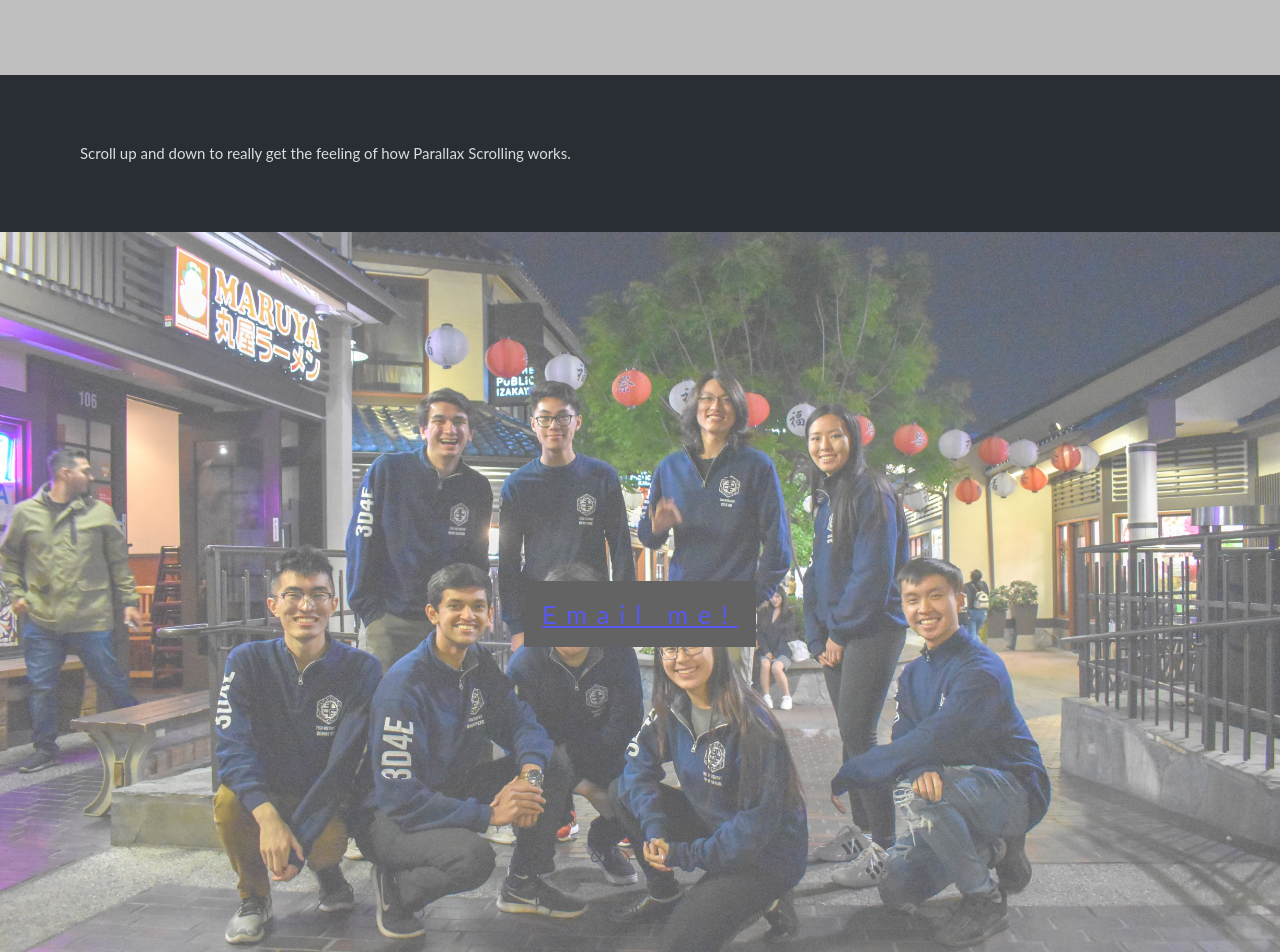
Repository: aliyuanh/me
Page: index.html
The author's editor kept a copy of each file at every save. The page is drawn from the files as they stood at one save, then again after the next save.
The browser window is 1280 px wide. The pictures show the part of the page from y = 1943 to 2895 px (the page is 2895 px tall).
Pictures or frames that could not be fetched are drawn as grey boxes.

Above is the page before, as saved 2020-09-17 00:12:38.

### index.html
<!DOCTYPE html>
<html>

<head>
    <meta name="viewport" content="width=device-width, initial-scale=1">
    <style>
        body,
        html {
            height: 100%;
            margin: 0;
            font: 400 15px/1.8 "Lato", sans-serif;
            color: #777;
        }

        .bgimg-1,
        .bgimg-2,
        .bgimg-3 {
            position: relative;
            opacity: 0.65;
            background-attachment: fixed;
            background-position: center;
            background-repeat: no-repeat;
            background-size: cover;
        }

        .bgimg-1 {
            background-image: url("img/tokyo.jpg");
            min-height: 100%;
        }

        .bgimg-2 {
            background-image: url("img/imagineering.jpg");
            min-height: 400px;
        }

        .bgimg-3 {
            background-image: url("img/cmmnd.png");
            min-height: 400px;
        }

        .caption {
            position: absolute;
            left: 0;
            top: 50%;
            width: 100%;
            text-align: center;
            color: #000;
        }

        .caption span.border {
            background-color: #111;
            color: #fff;
            padding: 18px;
            font-size: 25px;
            letter-spacing: 10px;
        }

        h3 {
            letter-spacing: 5px;
            text-transform: uppercase;
            font: 20px "Lato", sans-serif;
            color: #111;
        }
        /* Turn off parallax scrolling for tablets and phones */

        @media only screen and (max-device-width: 1024px) {
            .bgimg-1,
            .bgimg-2,
            .bgimg-3 {
                background-attachment: scroll;
            }
        }
    </style>
</head>

<body>

    <div class="bgimg-1">
        <div class="caption">
            <span class="border">AMANDA HAN</span>
        </div>
    </div>

    <div style="color: #777;background-color:white;text-align:center;padding:50px 80px;text-align: justify;">
        <h3 style="text-align:center;">Parallax Demo</h3>
        <p>Parallax scrolling is a web site trend where the background content is moved at a different speed than the foreground content while scrolling. Nascetur per nec posuere turpis, lectus nec libero turpis nunc at, sed posuere mollis ullamcorper libero
            ante lectus, blandit pellentesque a, magna turpis est sapien duis blandit dignissim. Viverra interdum mi magna mi, morbi sociis. Condimentum dui ipsum consequat morbi, curabitur aliquam pede, nullam vitae eu placerat eget et vehicula. Varius
            quisque non molestie dolor, nunc nisl dapibus vestibulum at, sodales tincidunt mauris ullamcorper, dapibus pulvinar, in in neque risus odio. Accumsan fringilla vulputate at quibusdam sociis eleifend, aenean maecenas vulputate, non id vehicula
            lorem mattis, ratione interdum sociis ornare. Suscipit proin magna cras vel, non sit platea sit, maecenas ante augue etiam maecenas, porta porttitor placerat leo.</p>
    </div>

    <div class="bgimg-2">
        <div class="caption">
            <span class="border" style="background-color:transparent;font-size:25px;color: #f7f7f7;">LESS HEIGHT</span>
        </div>
    </div>

    <div style="position:relative;">
        <div style="color:#ddd;background-color:#282E34;text-align:center;padding:50px 80px;text-align: justify;">
            <p>Scroll up and down to really get the feeling of how Parallax Scrolling works.</p>
        </div>
    </div>

    <div class="bgimg-3">
        <div class="caption">
            <span class="border" style="background-color:transparent;font-size:25px;color: #f7f7f7;">SCROLL UP</span>
        </div>
    </div>

    <div style="position:relative;">
        <div style="color:#ddd;background-color:#282E34;text-align:center;padding:50px 80px;text-align: justify;">
            <p>Scroll up and down to really get the feeling of how Parallax Scrolling works.</p>
        </div>
    </div>

    <div class="bgimg-1">
        <div class="caption">
            <span class="border"><a href="mailto: aliyuanh@ucla.edu">Email me!</a></span>
        </div>
    </div>

</body>

</html>

After the next save:
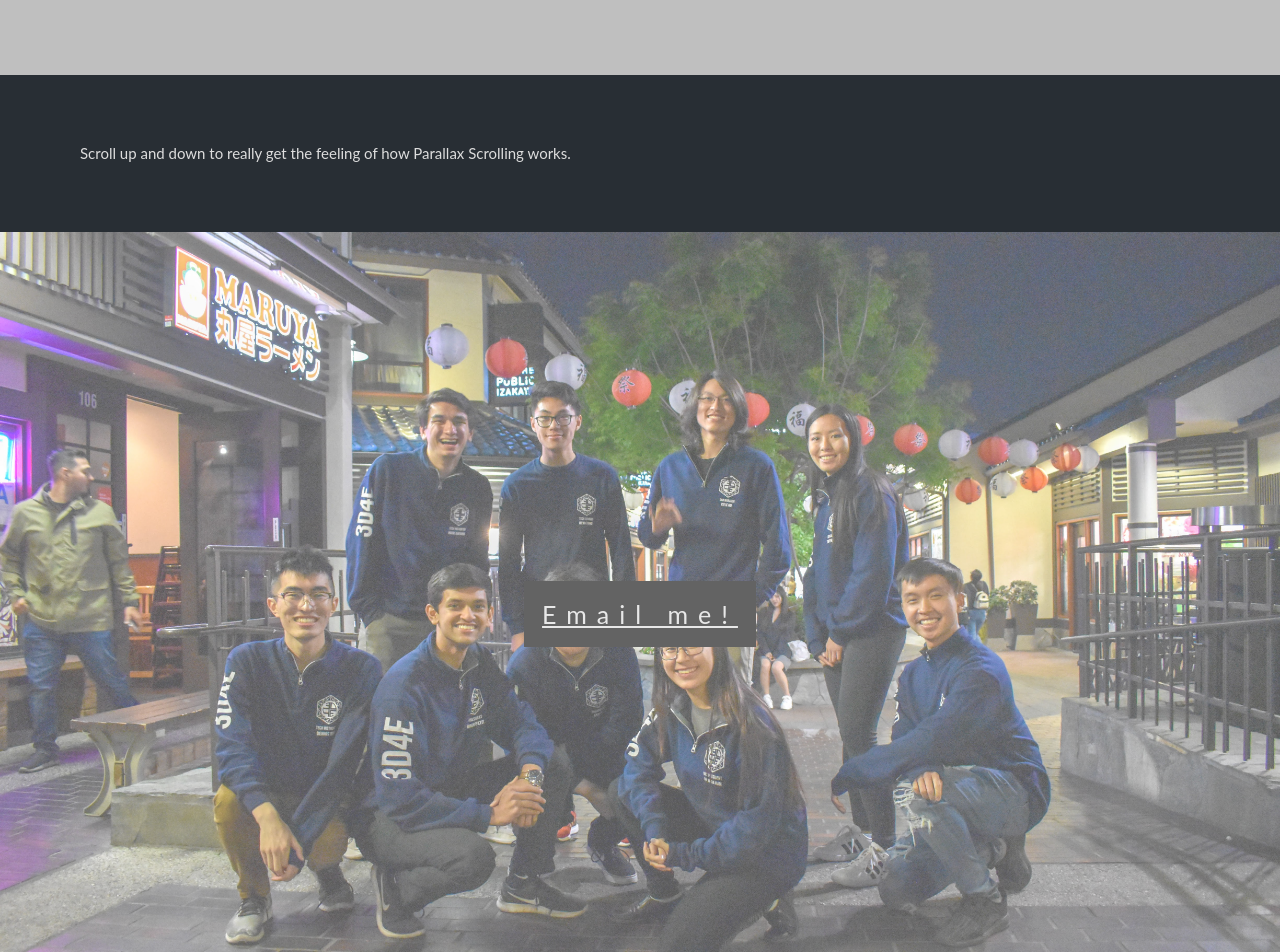
Saved 51 s later.
--- a/index.html
+++ b/index.html
@@ -115,7 +115,7 @@
 
     <div class="bgimg-1">
         <div class="caption">
-            <span class="border"><a href="mailto: aliyuanh@ucla.edu">Email me!</a></span>
+            <span class="border"><a href="mailto: aliyuanh@ucla.edu" style="color:#ddd ">Email me!</a></span>
         </div>
     </div>
 
